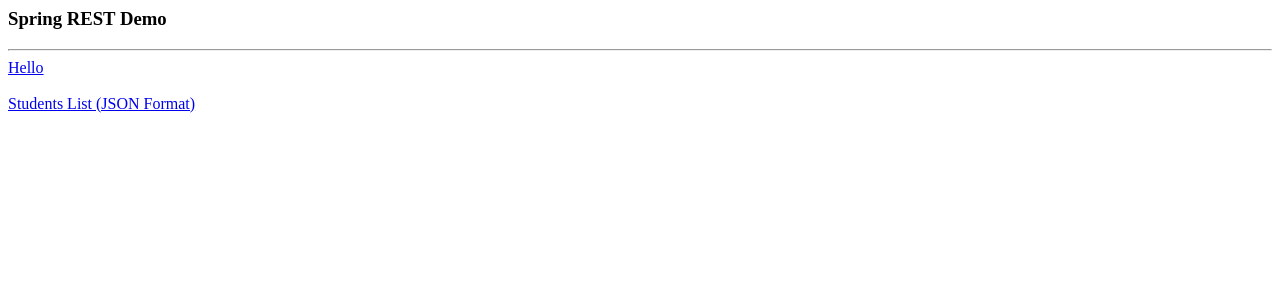
Repository: Shashank-deb/Spring-REST
Page: http://localhost/spring-rest-demo/
The author's editor kept a copy of each file at every save. The page is drawn from the files as they stood at one save, then again after the next save.
The browser window is 1280 px wide. The pictures show the whole page.
The page is served by Tomcat 9.

Above is the page before, as saved 2023-01-16 12:09:29.

After the next save:
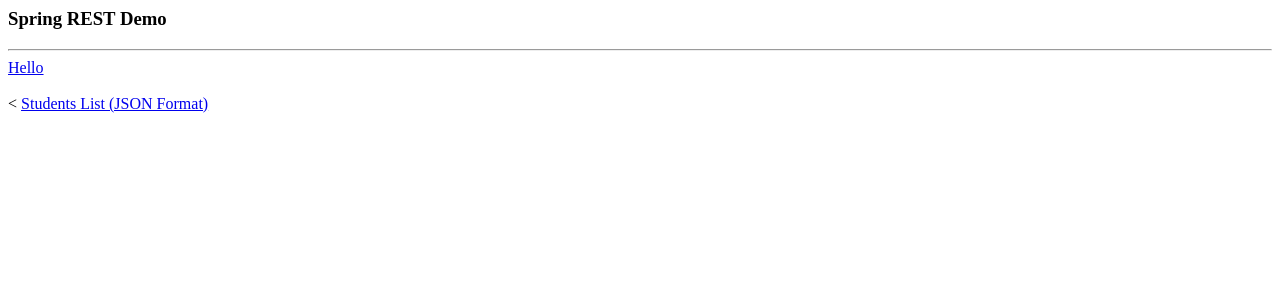
Saved 4 s later.
--- a/spring-rest-demo/src/main/webapp/index.jsp
+++ b/spring-rest-demo/src/main/webapp/index.jsp
@@ -11,6 +11,7 @@
 	<a href="${pageContext.request.contextPath }/test/hello">Hello</a>
 	<br><br>
 
+<
 	<a href="${pageContext.request.contextPath }/api/students">Students List (JSON Format)</a>
 
 </body>
